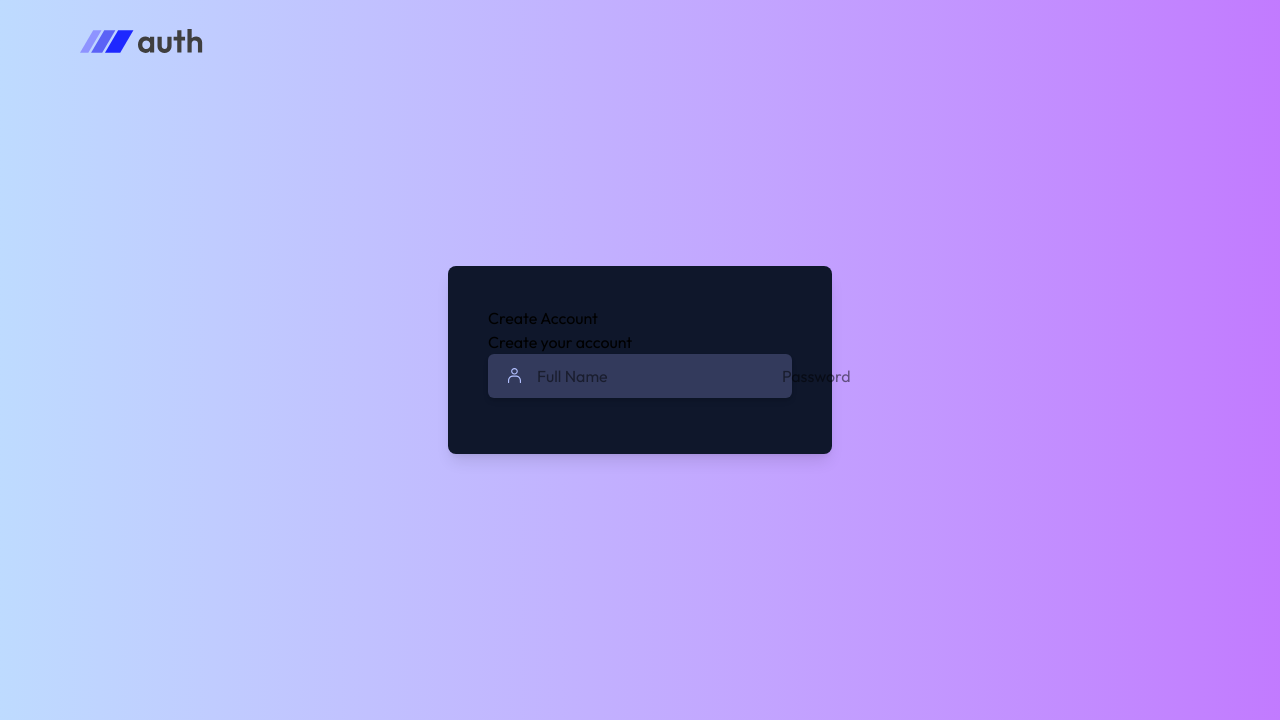
Repository: AuthnSapuarachchi/AuthnticationApplication-MERN-Stack
Page: /login (app in client/)
An editor plug-in stored every save of this project. The page is shown before and after a run of saves, followed by the edit.
The browser window is 1280 px wide. The pictures show the whole page.
The project was rebuilt for these pictures with package versions that can differ from the ones it lists, and the page was loaded fresh each time. Also part of the build but not shown: client/vite.config.js, client/src/components/NavBar.jsx, client/src/components/Header.jsx, client/src/pages/home.jsx, client/src/pages/ResetPassword.jsx, client/src/pages/EmailVerify.jsx.

Above is the page before, as saved 2025-07-31 12:09:21.

After the next 2 saves:
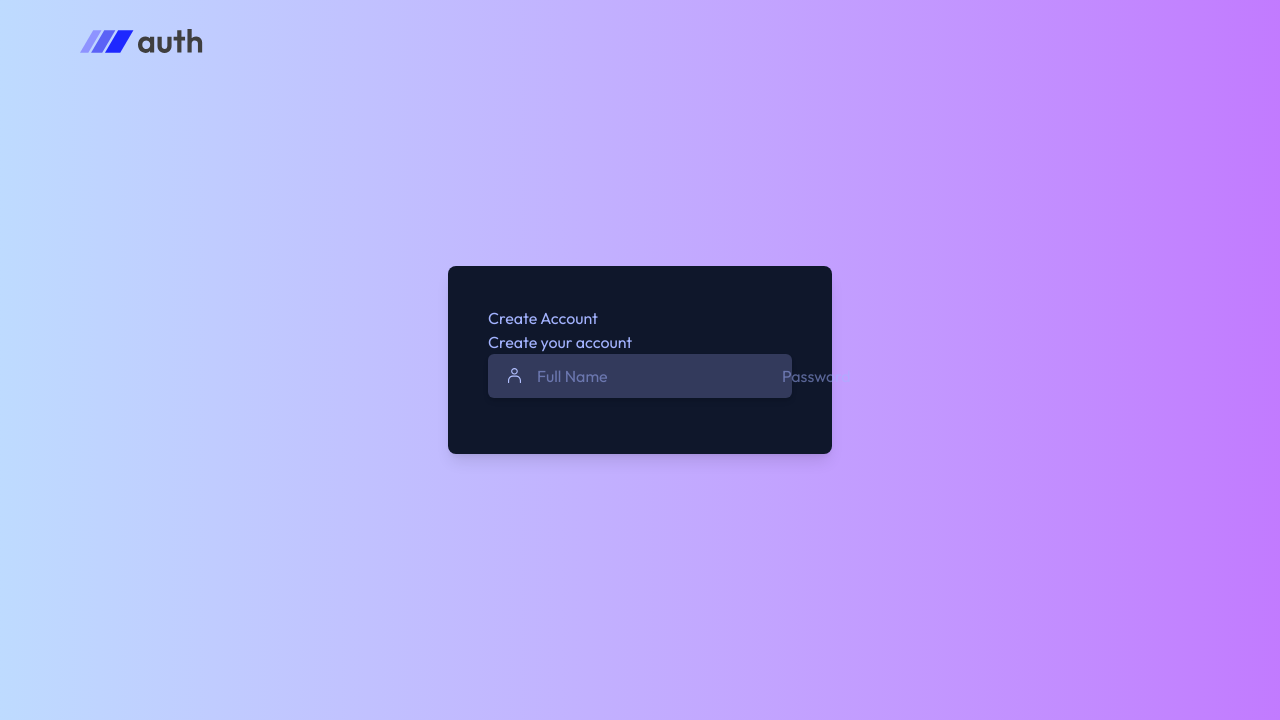
The 2 saves are shown as one change because they came seconds apart.
The last was saved 8 s later.
--- a/client/src/pages/login.jsx
+++ b/client/src/pages/login.jsx
@@ -8,7 +8,7 @@ const Login = () => {
     <div className='flex items-center justify-center min-h-screen px-6 sm:px-0 bg-gradient-to-r from-blue-200 to-purple-400 relative'>
       <img src={assets.logo} alt="" className='absolute left-5 sm:left-20
       top-5 w-28 sm:w-32 cursor-pointer' />
-      <div className='bg-slate-900 p-10 rounded-lg shadow-lg top-5 w-full sm:w-96 text cursor-pointer'>
+      <div className='bg-slate-900 p-10 rounded-lg shadow-lg top-5 w-full sm:w-96 text-indigo-300 cursor-pointer'>
         <h2>{state === 'Sign Up' ? 'Create Account' : 'Login'}</h2>
         <p>{state === 'Sign Up' ? 'Create your account' : 'Login to your account'}</p>
         <form>
